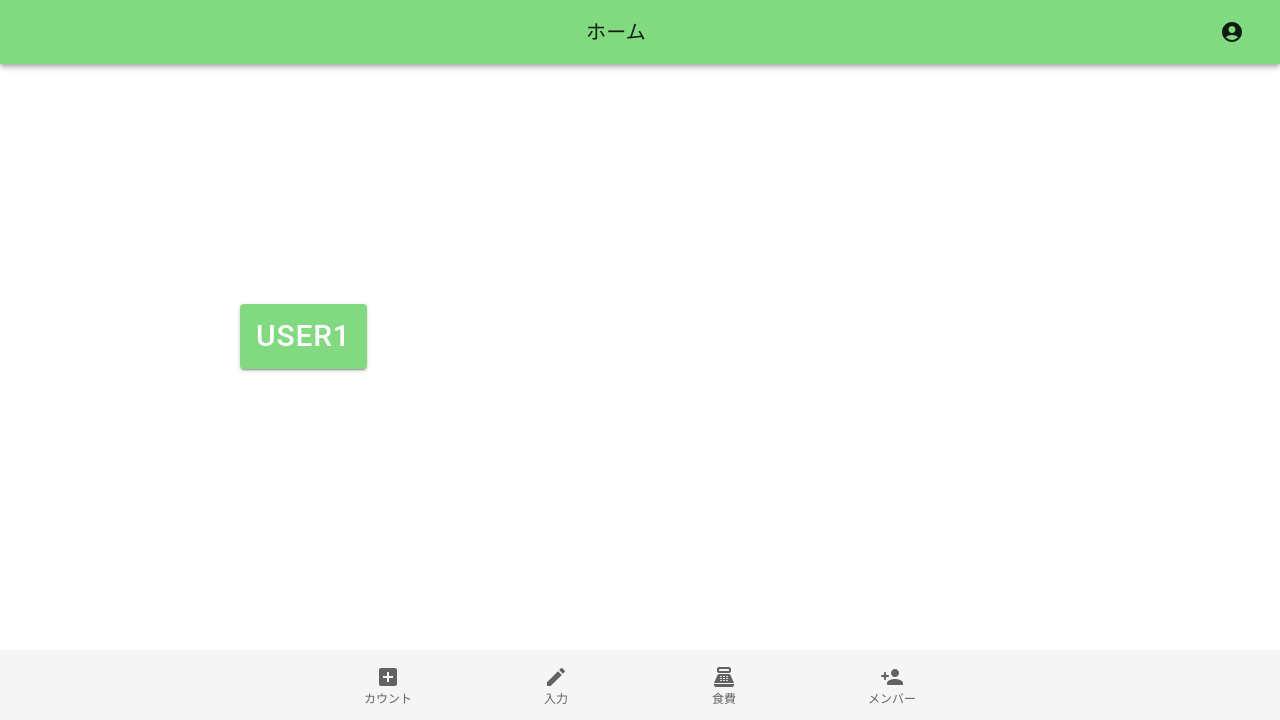
Repository: motohiro0410/motsufood
Page: /noteatingcount (app in frontend/)
These files come from the project's save history. The page is drawn as it stood at one moment and after the next save; the edit follows.
The browser window is 1280 px wide. The pictures show the whole page.
The project was rebuilt for these pictures with package versions that can differ from the ones it lists, and the page was loaded fresh each time. Also part of the build but not shown: frontend/src/App.css, frontend/src/components/pages/Login.tsx, frontend/src/components/pages/Money.tsx, frontend/src/components/organisms/GroupHeader.tsx, frontend/src/components/pages/Group.tsx, frontend/src/components/organisms/SignInHeader.tsx, frontend/src/components/pages/SignIn.tsx, frontend/src/components/pages/Page404.tsx and 1 more.

Above is the page before, as saved 2022-08-11 15:59:03.

### frontend/src/App.tsx
import './App.css';
import { BrowserRouter } from "react-router-dom";

import { Router } from "./router/Router";
import { ThemeProvider } from '@mui/system';
import { theme } from './theme/theme';

import { AdapterDateFns } from '@mui/x-date-pickers/AdapterDateFns';
import { LocalizationProvider } from '@mui/x-date-pickers/LocalizationProvider';
import { HeaderProvider } from "./providers/HeaderProvider"

function App() {
  return (
    <LocalizationProvider dateAdapter={AdapterDateFns}>
      <ThemeProvider theme={theme}>
        <HeaderProvider>
         <BrowserRouter>
            <Router />
          </BrowserRouter>
        </HeaderProvider>
      </ThemeProvider>
    </LocalizationProvider>


  );
}

export default App;

### frontend/src/router/Router.tsx
import { FC, memo } from "react";
import { Switch, Route } from "react-router-dom";

import { Login } from "../components/pages/Login";
import { NotEatingCount } from "../components/pages/notEatingCount";
import { Money } from "../components/pages/Money";
import { Group } from "../components/pages/Group";
import { SignIn } from "../components/pages/SignIn";
import { Page404 } from "../components/pages/Page404";

import { InputFoodExpence } from "../components/pages/InputFoodExpence";

export const Router: FC = memo(() => {
  return (
    <Switch>
      <Route exact path="/">
        <Login />
      </Route>
      <Route path="/noteatingcount">
        <NotEatingCount />
      </Route>
      <Route path="/money">
        <Money />
      </Route>
      <Route path="/group">
        <Group />
      </Route>
      <Route path="/input">
        <InputFoodExpence />
      </Route>
      <Route path="/signin">
        <SignIn />
      </Route>
      <Route path="*">
        <Page404 />
      </Route>
    </Switch>
  )
})

### frontend/src/theme/theme.ts
import { createTheme } from "@mui/material"

export const theme = createTheme({
  palette: {
    primary: {
      main: "#81da7f"
    }
  }
});

### frontend/src/providers/HeaderProvider.tsx
import { createContext } from "react";

export const HeaderContext = createContext<Context[]>({} as Context[]);

export type Context = {
  title: string;
}

export const HeaderProvider = (props: any) => {
  const { children } = props;
  const contextName: Context[] = [
    {title: "ホーム"},
    {title: "食費入力"},
    {title: "支払い"},
    {title: "ユーザー編集"},
  ]



  return (
    <HeaderContext.Provider value={contextName}>
      {children}
    </HeaderContext.Provider>
  )
}

### frontend/src/components/pages/notEatingCount.tsx
import { FC, memo, useContext, useState } from "react";

import { Footer } from "../organisms/Footer";
import { MainHeader } from "../organisms/MainHeader";

import ButtonBase from '@mui/material/ButtonBase';
import Button from '@mui/material/Button';
import { HeaderContext } from '../../providers/HeaderProvider';
import { UserDetailModal } from "../organisms/UserDetailModal";

export const NotEatingCount: FC = memo(() => {
  const [open, setOpen] = useState(false);
  const handleOpen = () => setOpen(true);
  const handleClose = () => setOpen(false);

  const contexts = useContext(HeaderContext);
  return (
    <>
      <MainHeader title={contexts[0].title} handleOpen={handleOpen} />
        <ButtonBase sx={{ m: 30 }}>
          <Button variant="contained" sx={{ bgcolor: '#81da7f', color: "white", fontSize: '30px'  }}>user1</Button>
        </ButtonBase>
      <Footer />
      <UserDetailModal open={open} handleClose={handleClose} />
    </>

  )
});

### frontend/src/components/organisms/Footer.tsx
import React, { FC, memo } from "react";

import Box from '@mui/material/Box';
import BottomNavigation from '@mui/material/BottomNavigation';
import BottomNavigationAction from '@mui/material/BottomNavigationAction';
import AddBoxIcon from '@mui/icons-material/AddBox';
import ModeEditRoundedIcon from '@mui/icons-material/ModeEditRounded';
import PointOfSaleRoundedIcon from '@mui/icons-material/PointOfSaleRounded';
import PersonAddRoundedIcon from '@mui/icons-material/PersonAddRounded';
import { grey } from '@mui/material/colors';

export const Footer: FC = memo(() => {

  return (
    <Box sx={{ width: '100%', position: 'fixed', bottom: 0 }}
    >
      <BottomNavigation
        showLabels
        sx={{bgcolor: grey[100], height: 70 }}
      >
        <BottomNavigationAction href="/NotEatingCount" label="カウント" icon={<AddBoxIcon />} />
        <BottomNavigationAction href="/input" label="入力" icon={<ModeEditRoundedIcon />} />
        <BottomNavigationAction href="/money" label="食費" icon={<PointOfSaleRoundedIcon />} />
        <BottomNavigationAction href="/group" label="メンバー" icon={<PersonAddRoundedIcon />} />
      </BottomNavigation>
    </Box>
  );
})

### frontend/src/components/organisms/MainHeader.tsx
import { FC } from "react";

import AppBar from '@mui/material/AppBar';
import Box from '@mui/material/Box';
import Toolbar from '@mui/material/Toolbar';
import Typography from '@mui/material/Typography';
import IconButton from '@mui/material/IconButton';
import AccountCircle from '@mui/icons-material/AccountCircle';

// import { Money } from '../pages/Money'

type Context = {
  title: string;
  handleOpen: () => void;
}

export const MainHeader: FC<Context> = (props) => {

  const { title, handleOpen } = props;

  return (
    <Box>
      <AppBar position="static" >
        <Toolbar>
          <Typography textAlign="center" variant="h6" component="div" sx={{ flexGrow: 1}}>
            {title}
          </Typography>
            <IconButton
              size="large"
              aria-label="account of current user"
              aria-controls="menu-appbar"
              aria-haspopup="true"
              color="inherit"
              onClick={handleOpen}
            >
              <AccountCircle  />
            </IconButton>
        </Toolbar>
      </AppBar>
    </Box>
  )
}

### frontend/src/components/organisms/UserDetailModal.tsx
import { FC, memo } from "react";

import { Stack, FormControl, FormLabel, Input } from "@mui/material";
import Box from '@mui/material/Box';
import Modal from '@mui/material/Modal';

type Props = {
  handleClose: () => void;
  open: boolean;
}

export const UserDetailModal: FC<Props> = memo((props) => {
  const { open, handleClose } = props;

  const style = {
    position: 'absolute' as 'absolute',
    top: '50%',
    left: '50%',
    transform: 'translate(-50%, -50%)',
    width: 500,
    bgcolor: 'background.paper',
    border: '2px solid #000',
    boxShadow: 24,
    p: 4,
  };

  return (
    <div>
    <Modal
      open={open}
      onClose={handleClose}
      aria-labelledby="modal-modal-title"
      aria-describedby="modal-modal-description"
    >
      <Box sx={style}>
        <Stack spacing={4}>
          <FormControl>
            <FormLabel>名前</FormLabel>
            <Input></Input>
          </FormControl>
          <FormControl>
            <FormLabel>email</FormLabel>
            <Input></Input>
          </FormControl>
          <FormControl>
            <FormLabel>password</FormLabel>
            <Input></Input>
          </FormControl>
        </Stack>
      </Box>
    </Modal>
  </div>
  )
})

Loaded but not shown: frontend/public/index.html (common file); frontend/src/index.tsx (common file); frontend/src/index.css (common file); frontend/src/reportWebVitals.ts (common file)

After the next save:
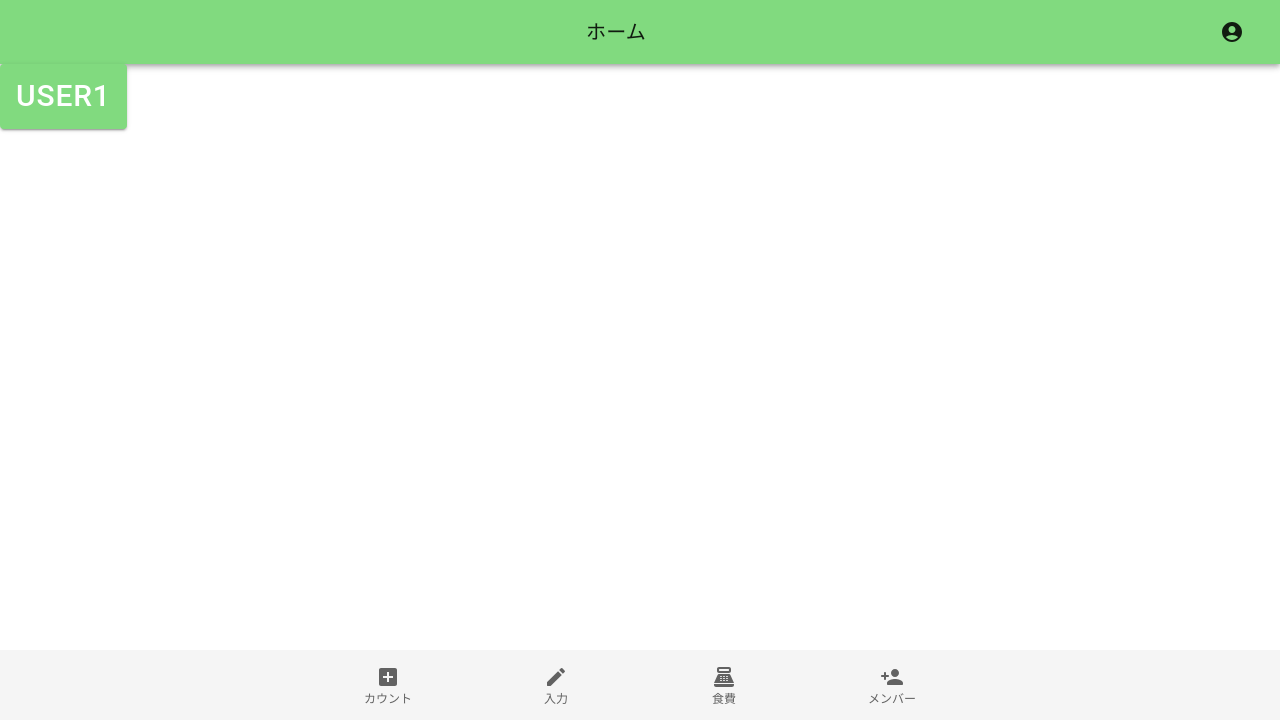
Saved 64 s later.
--- a/frontend/src/components/pages/notEatingCount.tsx
+++ b/frontend/src/components/pages/notEatingCount.tsx
@@ -17,7 +17,7 @@ export const NotEatingCount: FC = memo(() => {
   return (
     <>
       <MainHeader title={contexts[0].title} handleOpen={handleOpen} />
-        <ButtonBase sx={{ m: 30 }}>
+        <ButtonBase sx={{  }}>
           <Button variant="contained" sx={{ bgcolor: '#81da7f', color: "white", fontSize: '30px'  }}>user1</Button>
         </ButtonBase>
       <Footer />
